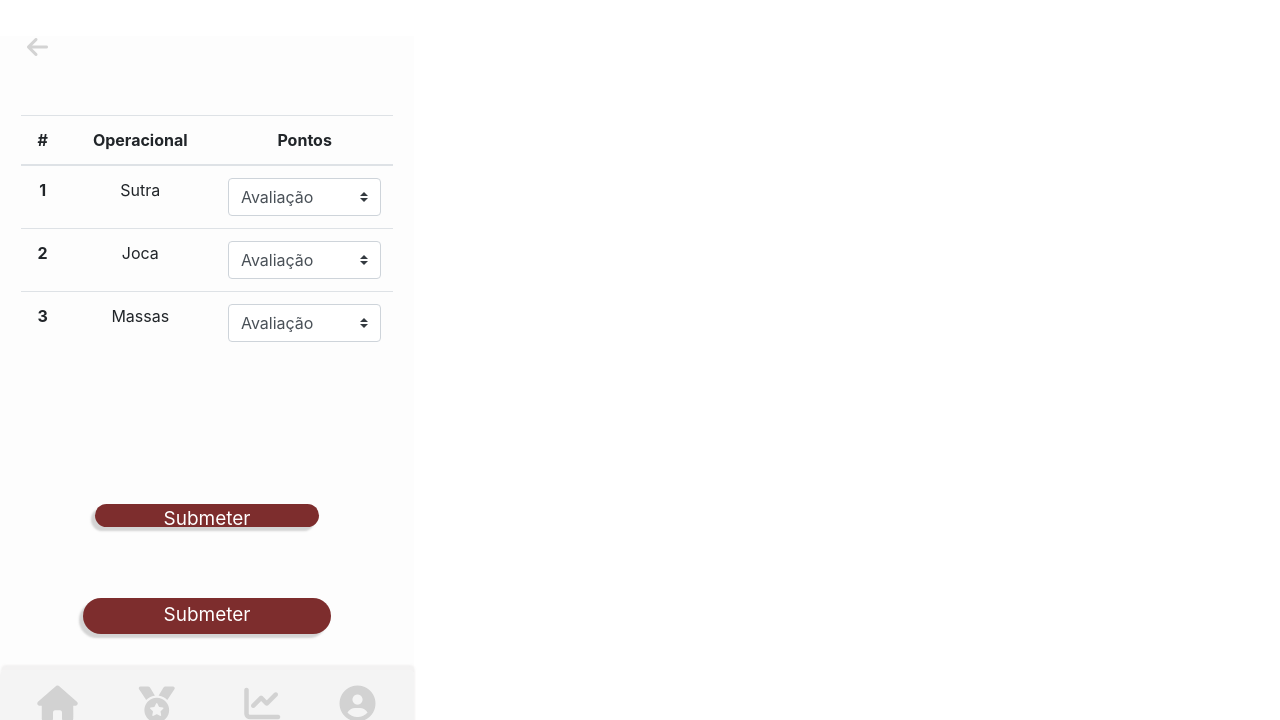
Repository: grupodetrabalhoeficiente/D213
Page: D213/Frontend/AvaliarOperacionais.html
The author's editor kept a record of every edit. The page is drawn from the files as they stood at one moment, then again after the next edit.
The browser window is 1280 px wide. The pictures show the whole page.
Some web libraries are served in a nearby version.

Above is the page before.

After the next edit:
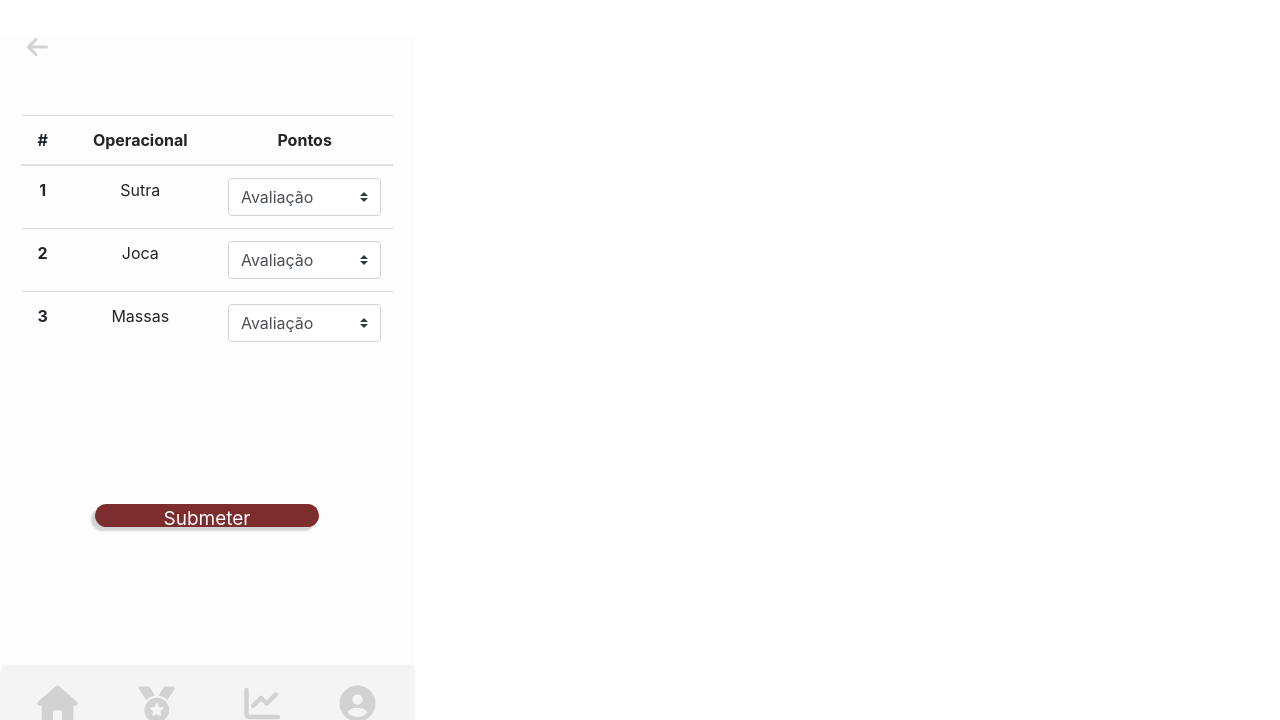
The edit:
--- a/D213/Frontend/AvaliarOperacionais.html
+++ b/D213/Frontend/AvaliarOperacionais.html
@@ -77,8 +77,7 @@
 <input id="submit" type ="button" class="SubmeterClass" id="SubmeterId" value="Submeter"></input>
 <form id="formAvaliar">
 </div>
-<!--botao confirmar-->
-<input id="submit" type ="button" class="SubmeterClass" id="SubmeterId" value="Submeter"></input>
+
 <!--menubar-->
 
 <nav class="menubar fixed-bottom">
